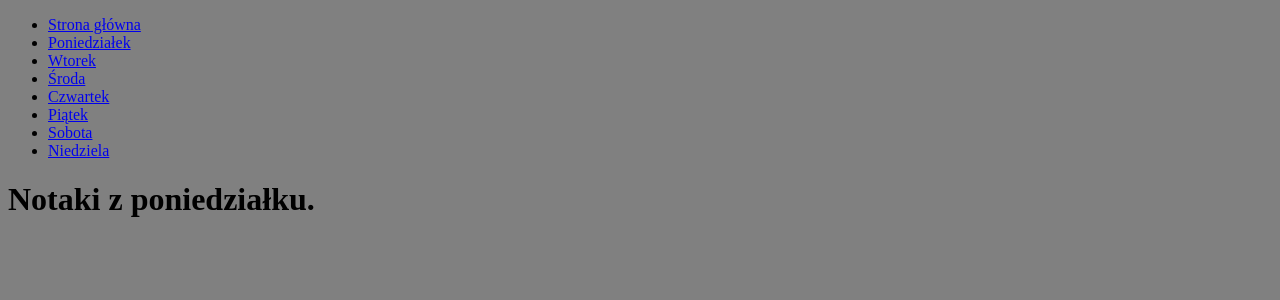
Repository: ArturNatwora/hompage
Page: days/4.html
These files come from the project's save history. The page is drawn as it stood at one moment and after the next save; the edit follows.
The browser window is 1280 px wide. The pictures show the whole page.

Above is the page before, as saved 2019-06-11 15:15:11.

After the next save:
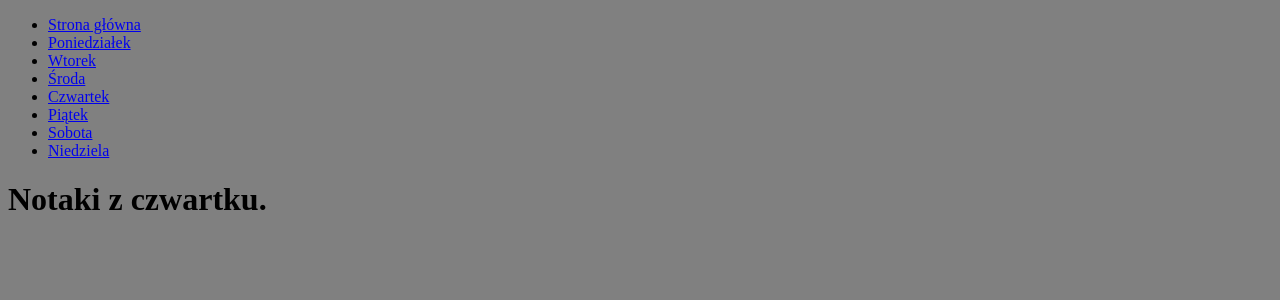
Saved 13 s later.
--- a/days/4.html
+++ b/days/4.html
@@ -21,7 +21,7 @@
                 <li><a class="bodyHeader__navLink" href="./7.html">Niedziela</a></li>
             </ul>
         </nav>
-        <h1 class="bodyHeader__h1">Notaki z poniedziałku.</h1>
+        <h1 class="bodyHeader__h1">Notaki z czwartku.</h1>
     </header>
     <main class="main">
 
